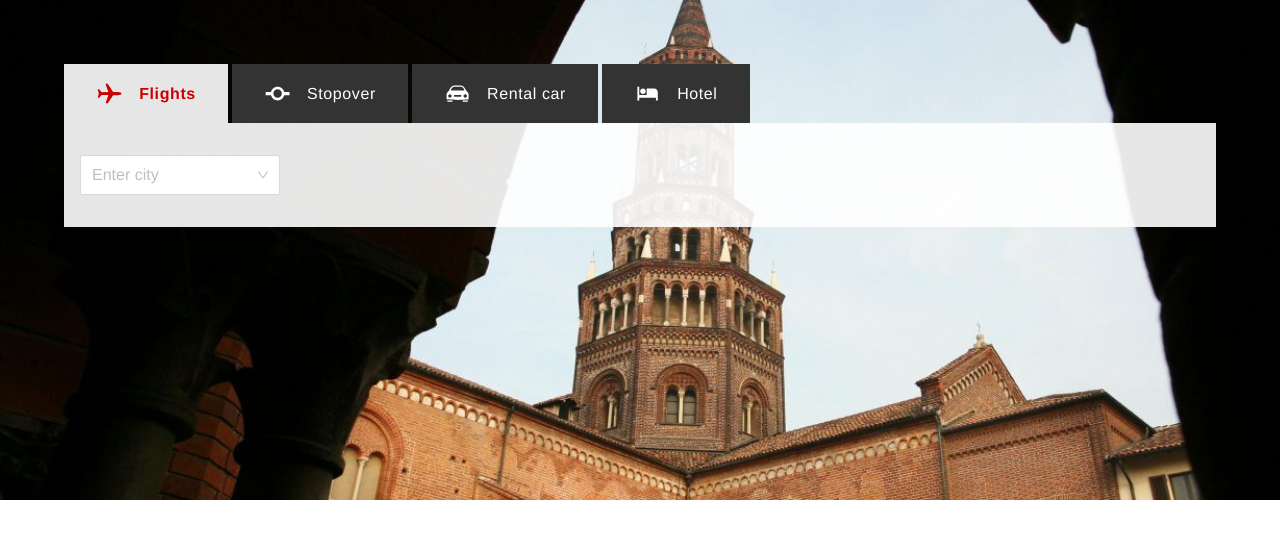
Repository: guidogr95/Everymundo-Excercise
Page: /
These files come from the project's save history. The page is drawn as it stood at one moment and after the next save; the edit follows.
The browser window is 1280 px wide. The pictures show the whole page.
The project was rebuilt for these pictures with package versions that can differ from the ones it lists, and the page was loaded fresh each time.

Above is the page before, as saved 2021-07-01 02:08:46.

### src/App.jsx
// utils
import {
  QueryClient,
  QueryClientProvider,
} from 'react-query'
// styles
import 'antd/dist/antd.css';
import './app.scss';
// components
import BookingMask from 'src/components/BookingMask'

const queryClient = new QueryClient({
  defaultOptions: {
    queries: {
      refetchOnWindowFocus: false,
    },
  },
})

function App() {
  return (
    <QueryClientProvider client={queryClient}>
      <div className="App">
        <div className="flightmanager-container container" >
          <BookingMask />
        </div>
      </div>
    </QueryClientProvider>
  );
}

export default App;

### src/app.scss
@import 'styles/global';

.App {
  .container {
    width: $desktop-maxwidth;
    max-width: 100%;
  }
  .flightmanager-container {
    background: url('./assets/images/bg.jpg');
    background-size: cover;
    background-position: center;
    min-height: 500px;
    margin: auto;
    padding: 4rem;
  }
}

### src/components/BookingMask/index.jsx
import { useState } from 'react'
// styles
import './bookingmask.scss'
// assets
import { IoIosAirplane, IoMdGitCommit, IoIosCar, IoMdBed } from 'react-icons/io'
// components
import EmptyTab from './EmptyTab'
import FlightsTab from './FlightsTab'

const BookingMask = () => {
  const tabs = [
    {
      name: 'Flights',
      icon: <IoIosAirplane />,
      component: <FlightsTab />
    },
    {
      name: 'Stopover',
      icon: <IoMdGitCommit />,
      component: <EmptyTab />
    },
    {
      name: 'Rental car',
      icon: <IoIosCar />,
      component: <EmptyTab />
    },
    {
      name: 'Hotel',
      icon: <IoMdBed />,
      component: <EmptyTab />
    }
  ]

  const [activeTab, setActiveTab] = useState(tabs[0].name)
  const handleTab = name => setActiveTab(name)

  return (
    <section className="bookingmask" >
      <ul className="bookingmask__nav" >
        {tabs.map(tab =>
          <button
            className={activeTab === tab.name ? 'active' : ''}
            onClick={() => handleTab(tab.name)}
            key={tab.name}
          >
            {tab.icon}<span>{tab.name}</span>
          </button>
        )}
      </ul>
      <div className="bookingmask__tabs-wrapper" >
          {tabs.map(tab =>
            <div
              key={tab.name}
              className={`bookingmask__tab${activeTab === tab.name ? ' active' : ''}`}
            >
              {tab.component}
            </div>
          )}
      </div>
    </section>
  )
}

export default BookingMask

### src/styles/_global.scss
@import 'variables';
@import 'mixins';

html,
body {
  position: relative;
  padding: 0;
  margin: 0;
  font-family: $font-family;
  -webkit-text-size-adjust: 100%;
  -webkit-font-smoothing: auto;
  -moz-font-smoothing: auto;
  -moz-osx-font-smoothing: auto;
}
* {
  box-sizing: border-box;
}
ul {
  margin: 0;
  padding: 0;
}
button {
  border: none;
  cursor: pointer;
}
.ant-select {
  min-width: 200px;
}

### src/styles/_variables.scss
// measurements
$desktop-maxwidth: 90rem;
// colors
$color-red: #c00;
$color-gray: #333333;
$color-white: #fff;
// fonts
// font-family
$font-family: SwissText,Helvetica,Arial,sans-serif,LufthansaMamSymbolText;
// font-weight
$font-weight-medium: 700;
$font-weight-small: 300;
// font-size
$font-size-normal: 1rem;
$font-size-large: 1.7rem;
// line height
$line-height-medium: 2.2rem;
// letter spacing
$letter-spacing-small: .6px;

// tab variables
// colors
$color-active-tab-bg: hsla(0,0%,100%,.9);
// padding
$padding-tab-link: 1rem 2rem;
$padding-tab-content: 2rem 1rem;
// margin
$margin-tab-link: 0 0 0 .25rem;

### src/styles/_mixins.scss
// MIXINS
@mixin breakpoint($point) {
  @media (max-width: $point) {
    @content;
  }
}

### src/components/BookingMask/bookingmask.scss
@import '/src/styles/variables';
.bookingmask {
  &__nav {
    list-style: none;
    button {
      &:not(:first-of-type) {
        margin: $margin-tab-link;
      }
      color: $color-white;
      background: $color-gray;
      padding: $padding-tab-link;
      display: inline-flex;
      align-items: center;
      font-size: $font-size-normal;
      font-weight: $font-weight-small;
      letter-spacing: $letter-spacing-small;
      &.active {
        color: $color-red;
        font-weight: $font-weight-medium;
        background-color: $color-active-tab-bg;
      }
      svg {
        margin-right: 1rem;
        font-size: $font-size-large;
      }
    }
  }
  &__tabs-wrapper {
    position: relative;
  }
  &__tab {
    position: absolute;
    top: 0;
    left: 0;
    right: 0;
    padding: $padding-tab-content;
    background-color: $color-active-tab-bg;
    display: none;
    &.active {
      display: block;
    }
  }
}

### src/components/BookingMask/EmptyTab/index.jsx
const EmptyTab = () => {
  return (
    <div>
      some more stuff
    </div>
  )
}

export default EmptyTab

### src/components/BookingMask/FlightsTab/index.jsx
// components
import { useRef } from 'react'
import AirportInput from './AirportInput'

const FlightsTab = ({ name, activeTab }) => {

  const toRef = useRef(null)

  return (
    <div>
      <AirportInput ref={toRef} />
    </div>
  )
}

export default FlightsTab

### src/components/BookingMask/FlightsTab/AirportInput/index.jsx
import { forwardRef, useState } from 'react'
// utils
import debounce from 'lodash/debounce'
import { Select, Spin } from 'antd'
// api
import { fetchAirports } from 'src/api/fetchers'

const { Option } = Select;

const AirportInput = forwardRef(({ placeholder }, ref) => {
  const [term, setTerm] = useState('')
  const [isLoading, setIsLoading] = useState(false)
  const [data, setData] = useState([])
  const handleSelect = (val) => {
    const innerVal = val || ''
    setTerm(innerVal)
    if (innerVal.length <= 2) {
      setData([])
    } else {
      setIsLoading(true)
      fetchAirports(val)
      .then((res) => setData(res.data || []))
      .catch(() => setData([]))
      .finally(() => setIsLoading(false))
    }
  }
  const debouncedHandleSelect = debounce((val) => handleSelect(val), 2000)

  return (
    <div>
      <Select
        showSearch
        allowClear
        placeholder={'Enter city'}
        value={term || undefined}
        onSearch={debouncedHandleSelect}
        onChange={debouncedHandleSelect}
        onClear={handleSelect}
        size='large'
        defaultActiveFirstOption={false}
        filterOption={false}
        notFoundContent={isLoading ? <Spin size="small" /> : null}
      >
        {data.length > 0 ? data.map(airport => <Option key={airport.iata}>{airport.city}</Option>) : null}
      </Select>
    </div>
  )
})

export default AirportInput

### src/api/fetchers.js
// utils
import axios from 'axios'

const apiUrl = 'https://us-central1-kob-webinars.cloudfunctions.net/api'

const fetchAirports = (term) => axios.post(`${apiUrl}/getAirports`, { term })

export {
  fetchAirports
}

Loaded but not shown: public/index.html (common file); src/index.jsx (common file); src/reportWebVitals.js (common file)

After the next save:
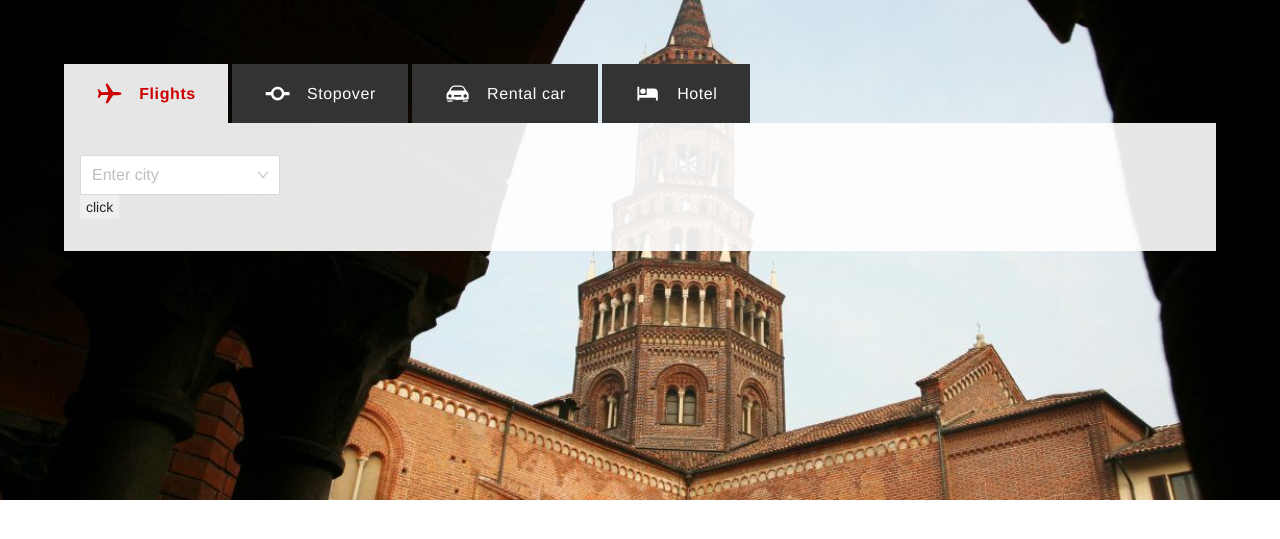
Saved 19 s later.
--- a/src/components/BookingMask/FlightsTab/index.jsx
+++ b/src/components/BookingMask/FlightsTab/index.jsx
@@ -9,6 +9,7 @@ const FlightsTab = ({ name, activeTab }) => {
   return (
     <div>
       <AirportInput ref={toRef} />
+      <button onClick={() => console.log(toRef)} >click</button>
     </div>
   )
 }
